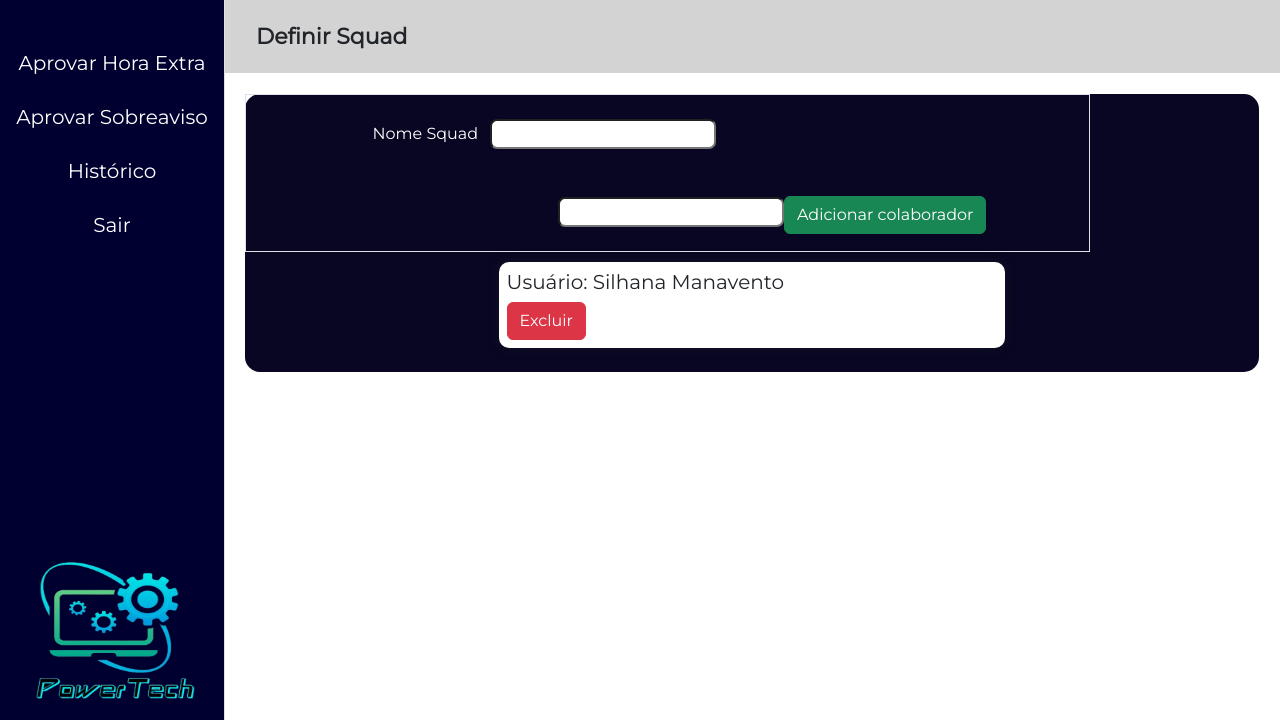
Repository: PowerTech-Fatec/API-2RP-NET
Page: /adm/squad (app in Sprint 3/2rp-web/)
These files come from the project's save history. The page is drawn as it stood at one moment and after the next save; the edit follows.
The browser window is 1280 px wide. The pictures show the whole page.
The project was rebuilt for these pictures with package versions that can differ from the ones it lists, and the page was loaded fresh each time. Also part of the build but not shown: Sprint 3/2rp-web/src/pages/login/login.js, Sprint 3/2rp-web/src/pages/home/dashboard.js, Sprint 3/2rp-web/src/pages/home/sobreaviso/sobreaviso.css, Sprint 3/2rp-web/src/pages/home/sobreaviso/sobreaviso.js, Sprint 3/2rp-web/src/pages/home/hora-extra/hora-extra.css, Sprint 3/2rp-web/src/pages/home/hora-extra/hora-extra.js, Sprint 3/2rp-web/src/components/cards/Cards.js, Sprint 3/2rp-web/src/pages/home/gestor/aprovar-hora-extra/gestor.js and 3 more.

Above is the page before, as saved 2022-11-02 16:29:27.

After the next save:
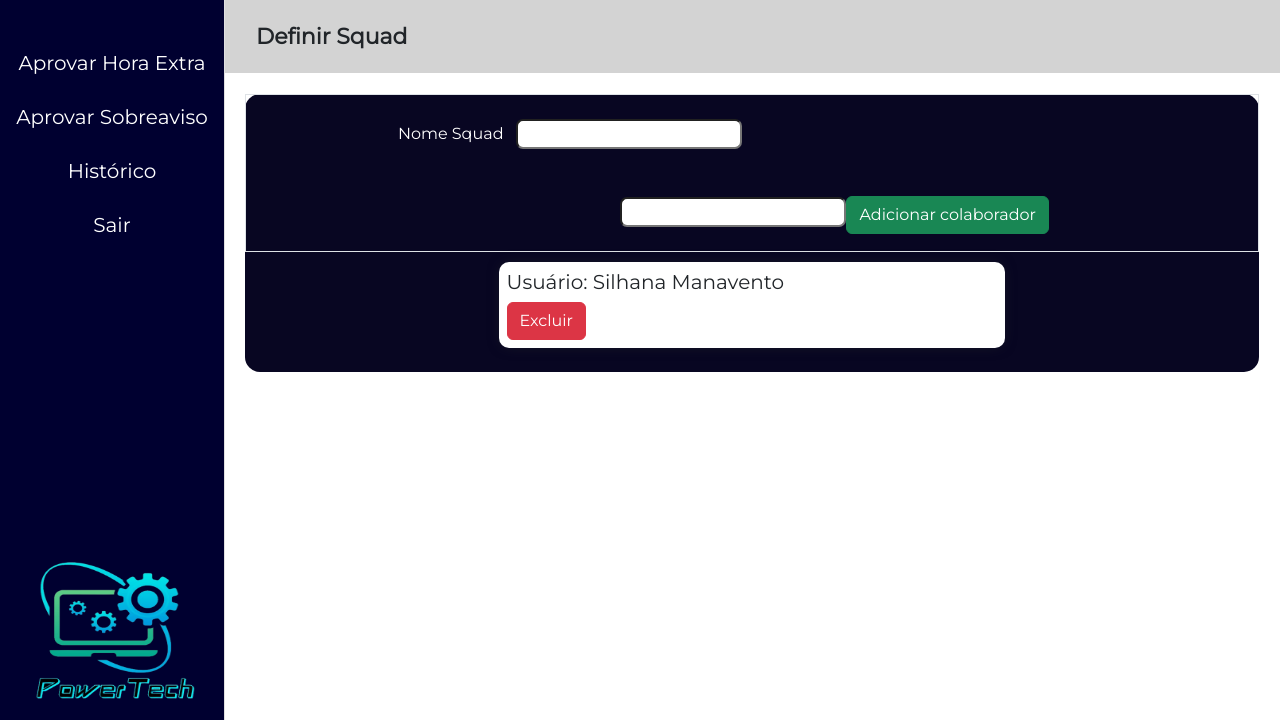
Saved 12 s later.
--- a/Sprint 3/2rp-web/src/pages/home/adm/squad/def-squad.js
+++ b/Sprint 3/2rp-web/src/pages/home/adm/squad/def-squad.js
@@ -15,7 +15,7 @@ function Squad() {
           <div className="background d-flex flex-column aling-itens-center">
 
             <div>
-            <div className="border col-10">
+            <div className="border col-12">
             <span className="soli">
             <label className="font">Nome Squad</label> <input className="squad-name mt-4 mb-4 ml-2"></input>
             </span>
